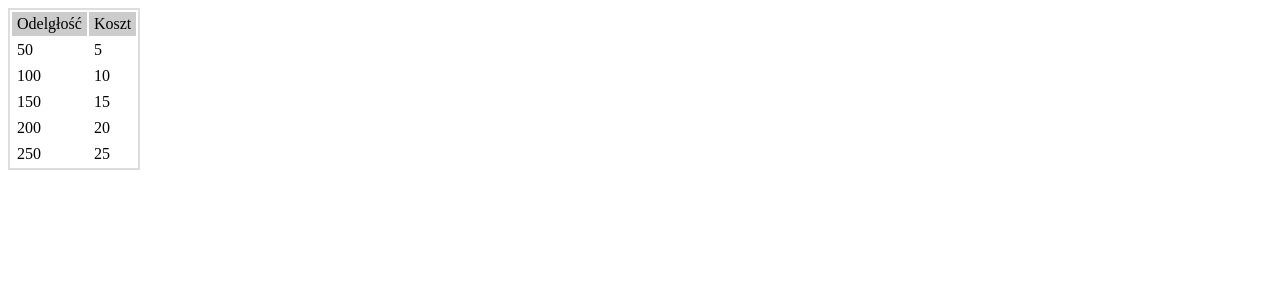
Repository: gabr/workspace
Page: http://localhost/
These files come from the project's save history. The page is drawn as it stood at one moment and after the next save; the edit follows.
The browser window is 1280 px wide. The pictures show the whole page.
The page is run by PHP 8.4 with error messages shown; the project is at /var/www/html/.

Above is the page before, as saved 2013-02-25 16:39:24.

After the next save:
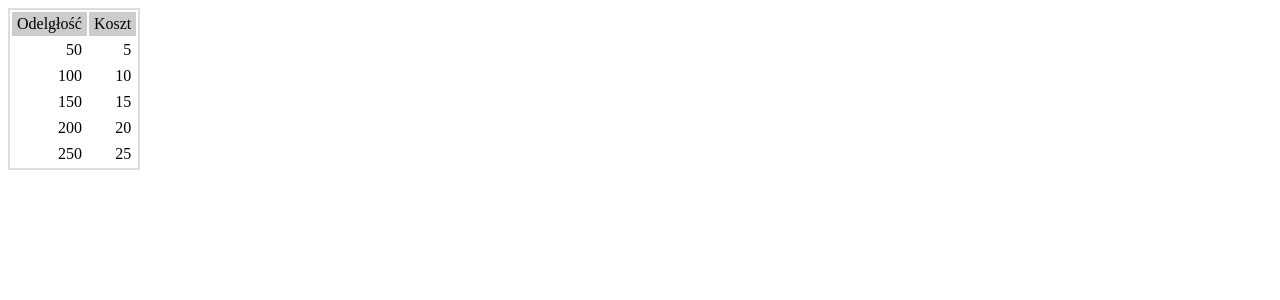
Saved 13 s later.
--- a/php 003 - petle/style.css
+++ b/php 003 - petle/style.css
@@ -14,4 +14,5 @@ tr {
 
 td {
   padding: 3px 5px 3px 5px;
+  text-align: right;
 }
